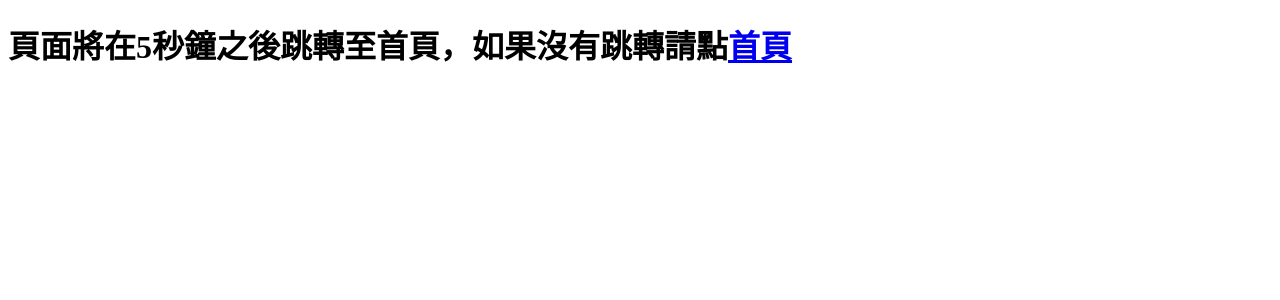
Repository: cctytw2000/JavaSecondProject
Page: Member/EEIT109_35/src/main/webapp/member/jump.html
These files come from the project's save history. The page is drawn as it stood at one moment and after the next save; the edit follows.
The browser window is 1280 px wide. The pictures show the whole page.

Above is the page before, as saved 2019-09-07 07:42:34.

### Member/EEIT109_35/src/main/webapp/member/jump.html
<!DOCTYPE html>
<html>
<head>
<meta charset="UTF-8">
<meta http-equiv="refresh" content="5;url=../home.jsp">
<title>Insert title here</title>
</head>
<body>
<div>
<h1>頁面將在5秒鐘之後跳轉至首頁，如果沒有跳轉請點<a href="../home.jsp">首頁</a></h1>
</div>
</body>
</html>

After the next save:
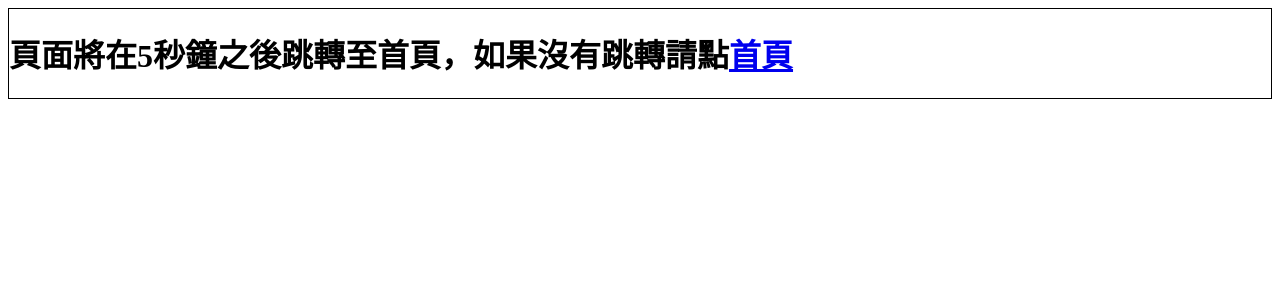
Saved 41 s later.
--- a/Member/EEIT109_35/src/main/webapp/member/jump.html
+++ b/Member/EEIT109_35/src/main/webapp/member/jump.html
@@ -6,7 +6,7 @@
 <title>Insert title here</title>
 </head>
 <body>
-<div>
+<div style="border:1px solid black">
 <h1>頁面將在5秒鐘之後跳轉至首頁，如果沒有跳轉請點<a href="../home.jsp">首頁</a></h1>
 </div>
 </body>
